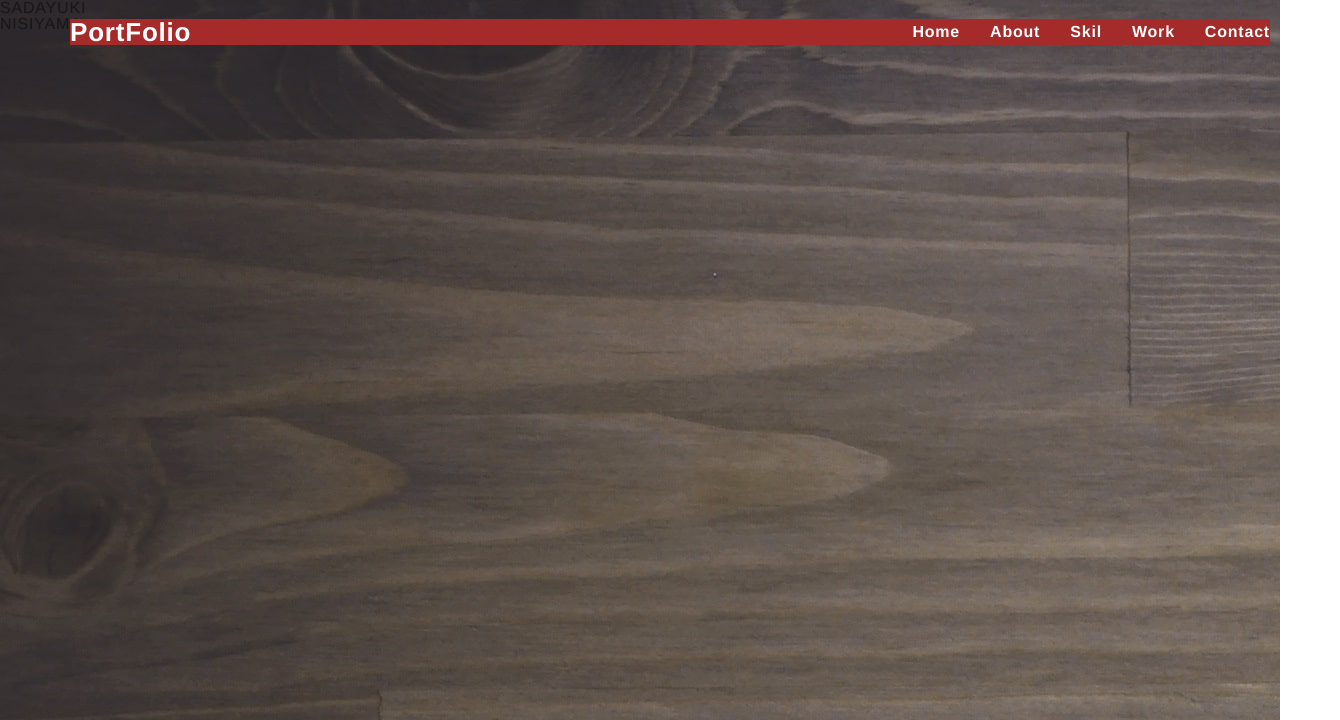
Repository: sadayuki15/portfolio
Page: index.html
The author's editor kept a copy of each file at every save. The page is drawn from the files as they stood at one save, then again after a run of saves.
The browser window is 1280 px wide. The page is 1340 px wide, so the pictures cover 1340 px, including what lies to the right of the window. The pictures show the whole page.

Above is the page before, as saved 2021-04-21 12:11:05.

### index.html
<!DOCTYPE html>
<html lang="ja">
<head>
  <meta charset="UTF-8">
  <meta http-equiv="X-UA-Compatible" content="IE=edge">
  <meta name="viewport" content="width=device-width, initial-scale=1.0">
  <link rel="stylesheet" href="./css/reset.css">
  <link rel="stylesheet" href="./css/style.css">
  <title>Document</title>
</head>
<body>
  <!-- header -->
  <header class="header">
    <div class="header-inner">
      <h1 class="header-title">PortFolio</h1>
      <nav class="header-nav">
        <ul class="nav-list">
          <li class="nav-item"><a href="#">Home</a></li>
          <li class="nav-item"><a href="#">About</a></li>
          <li class="nav-item"><a href="#">Skil</a></li>
          <li class="nav-item"><a href="#">Work</a></li>
          <li class="nav-item"><a href="#">Contact</a></li>
        </ul>
      </nav>
    </div>
  </header>
  <!-- //header -->

  <main>
  <!-- fv -->
  <div class="fv">
    <div class="main-copy">
      <p class="main-title">
        SADAYUKI<br>
        NISIYAMA
      </p>
    </div>
  </div>







  </main>

</body>
</html>

### css/style.css
html {
  font-size: 62.5%;
}
body {
  font-size: 1.6rem;
  letter-spacing: .05em;
  color: #171717;
  font-family: Helvetica, '游ゴシック', 'Yu Gothic', YuGothic, HiraKakuProN-W3, 'メイリオ', Meiryo, sans-serif;
}

/*-------header-------*/
.header {
  width: 100%;
  padding: 19px 30px;
  position: absolute;
  top: 0;
  left: 0;
  z-index: 1;
  transition: .3s;
  color: #fff;
}
.header-inner {
  max-width: 1200px;
  margin: 0 auto;
  display: flex;
  justify-content: space-between;
  align-items: center;
  background-color: brown;
}
.header-title {
  font-size: 2.6rem;
}
.nav-list {
  display: flex;
}
.nav-item a {
  display: block;
  color: #fff;
  font-weight: bold;
  text-decoration: none;
  transition: .3s;
}
.nav-item {
  margin-right: 30px;
}
.nav-item:last-of-type {
  margin-right: 0;
}
.nav-item a:hover {
  opacity: .7;
  transition: .3s;
}

/*-------fv-------*/
.fv {
  height: 100vh;
  min-height: 550px;
  background-image: url(../img/fv-top.jpg);
  bcg


}

Loaded but not shown: css/reset.css (common file)

After the next 2 saves:
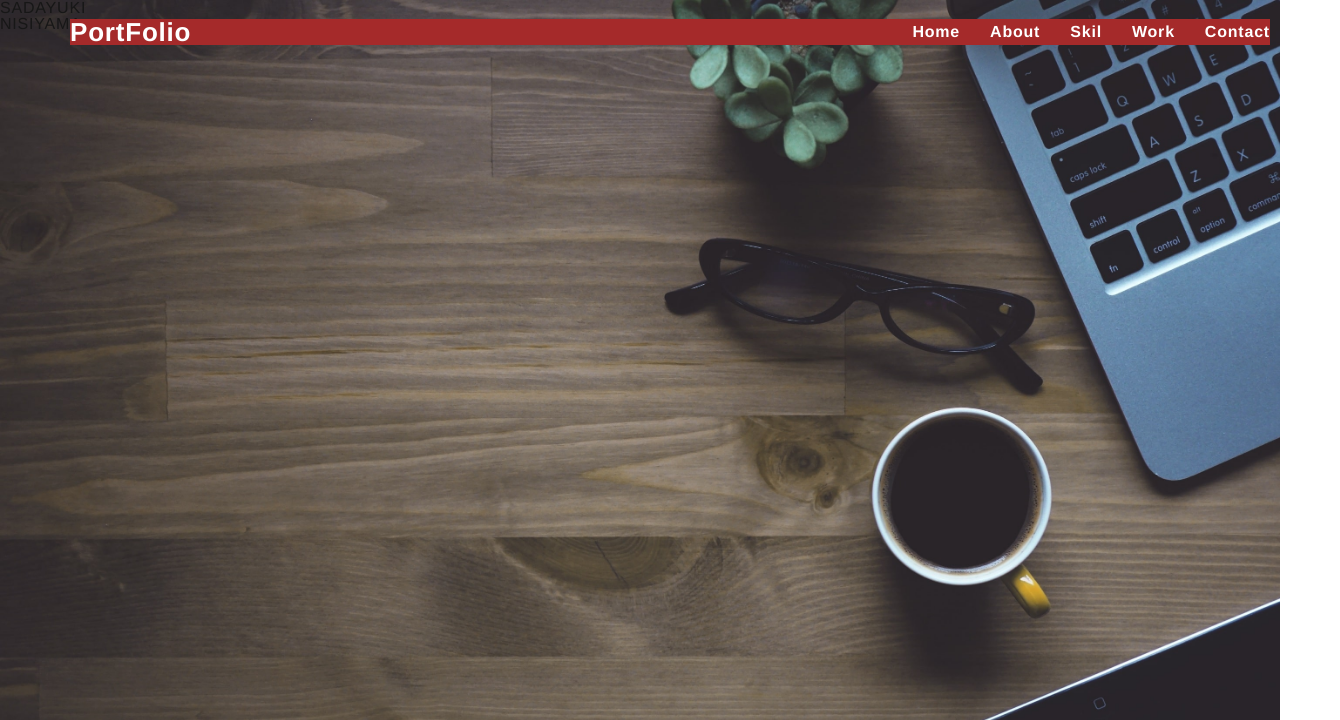
The 2 saves are shown as one change because they came seconds apart.
The last was saved 10 s later.
--- a/css/style.css
+++ b/css/style.css
@@ -56,7 +56,7 @@
   height: 100vh;
   min-height: 550px;
   background-image: url(../img/fv-top.jpg);
-  bcg
+  background-size: cover;
 
 
 }
